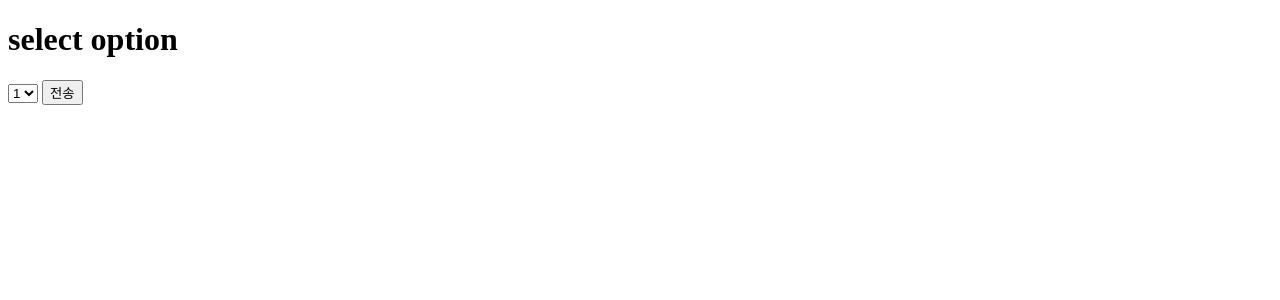
Repository: JJinBBangg/JSP
Page: http://localhost/jsp/ch03/lecture/06form/13select.jsp
An editor plug-in stored every save of this project. The page is shown before and after the next save, followed by the edit.
The browser window is 1280 px wide. The pictures show the whole page.
The page is served by Tomcat 9. Other server files are loaded and not shown.

Above is the page before, as saved 2023-03-29 00:21:44.

### jsp/src/main/webapp/ch03/lecture/06form/13select.jsp
<%@ page language="java" contentType="text/html; charset=UTF-8"
    pageEncoding="UTF-8"%>
<!DOCTYPE html>
<html>
<head>
<meta charset="UTF-8">
<title>Insert title here</title>
</head>
<body>
	<h1>select option</h1>
	<form action="">
		<select name="param1" id="">
			<option value="value1">1</option>
			<option value="value2">2</option>
			<option value="value3">3</option>
			<option value="value4">4</option>
			<option value="value5">5</option>
		</select>
		<input type="submit" value="전송" />
	</form>
</body>
</html>

After the next save:
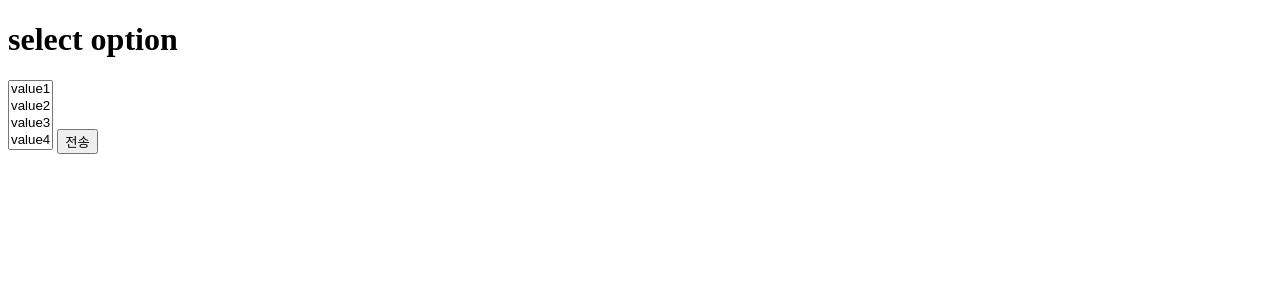
Saved 48 s later.
--- a/jsp/src/main/webapp/ch03/lecture/06form/13select.jsp
+++ b/jsp/src/main/webapp/ch03/lecture/06form/13select.jsp
@@ -9,12 +9,12 @@
 <body>
 	<h1>select option</h1>
 	<form action="">
-		<select name="param1" id="">
-			<option value="value1">1</option>
-			<option value="value2">2</option>
-			<option value="value3">3</option>
-			<option value="value4">4</option>
-			<option value="value5">5</option>
+		<select name="param1" id="" multiple="multiple">
+			<option value="value1">value1</option>
+			<option value="value2">value2</option>
+			<option value="value3">value3</option>
+			<option value="value4">value4</option>
+			<option value="value5">value5</option>
 		</select>
 		<input type="submit" value="전송" />
 	</form>
